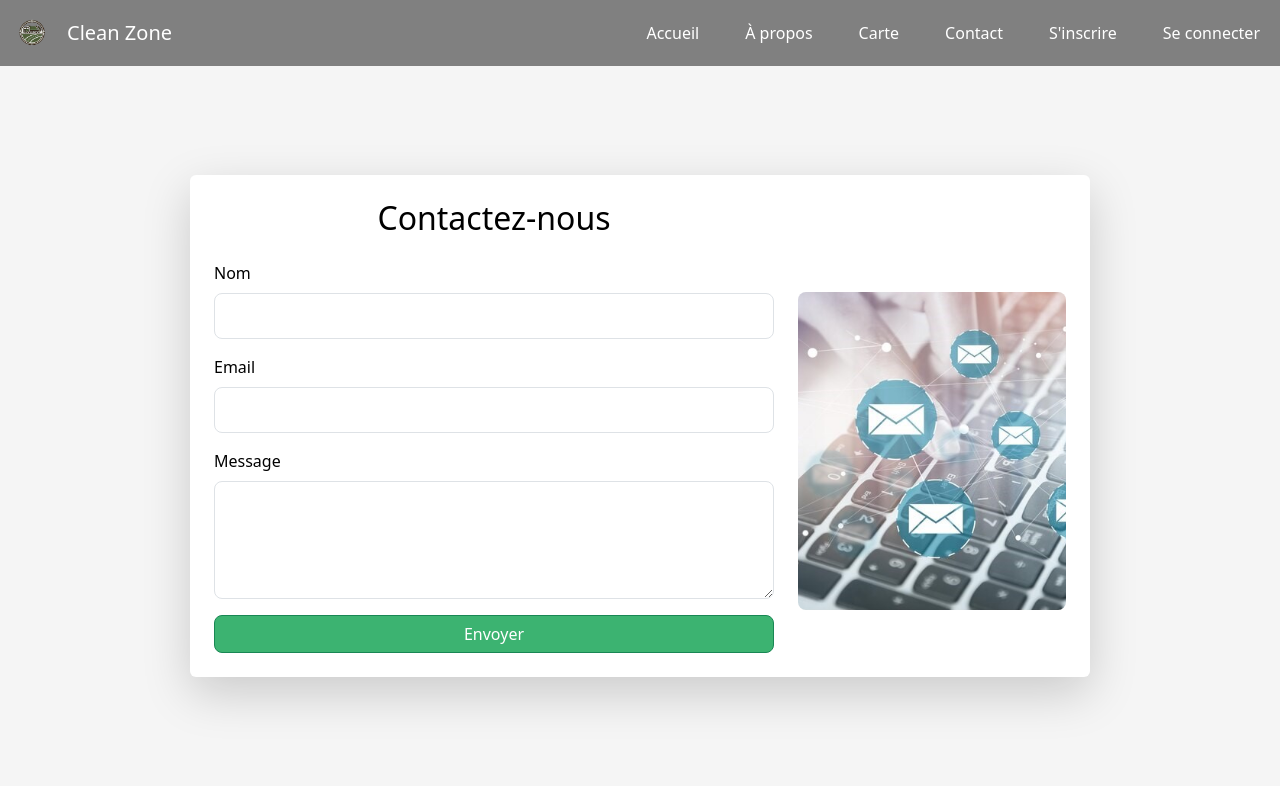
Repository: SystemInfoGeo/QGISproject
Page: /contact (app in NEXT/)
These files come from the project's save history. The page is drawn as it stood at one moment and after the next save; the edit follows.
The browser window is 1280 px wide. The pictures show the whole page.
The project was rebuilt for these pictures with package versions that can differ from the ones it lists, and the page was loaded fresh each time. The framework's server and built-in components were replaced by stand-ins that run in the browser. Also part of the build but not shown: NEXT/next.config.mjs.

Above is the page before, as saved 2024-09-16 19:08:21.

### NEXT/pages/_app.js
// pages/_app.js
import { AuthProvider } from '../context/AuthContext';
import 'bootstrap/dist/css/bootstrap.min.css'; // Import Bootstrap CSS ici

function MyApp({ Component, pageProps }) {
  return (
    <AuthProvider>
      <Component {...pageProps} />
    </AuthProvider>
  );
}

export default MyApp;

### NEXT/pages/contact.js
import { useState } from 'react';
import axios from 'axios';
import 'bootstrap/dist/css/bootstrap.min.css'; // Importer Bootstrap pour le style
import { useRouter } from 'next/router'; // Importer useRouter pour détecter la route actuelle
import Navbar from '../components/Navbar';
import '../styles/Contact.css'; // Importer le fichier CSS externe

const Contact = () => {
  const [name, setName] = useState('');
  const [email, setEmail] = useState('');
  const [message, setMessage] = useState('');
  const [loading, setLoading] = useState(false);
  const [error, setError] = useState('');
  const [success, setSuccess] = useState('');

  const router = useRouter(); // Utiliser useRouter pour obtenir la route actuelle

  const handleSubmit = async (e) => {
    e.preventDefault();
    setError('');
    setSuccess('');
    setLoading(true);

    try {
      const response = await axios.post(`http://127.0.0.1:5000/messages`, {
        name,
        email,
        message,
      });

      if (response.status === 200) {
        setSuccess('Votre message a été envoyé avec succès.');
        setName('');
        setEmail('');
        setMessage('');
      } else {
        setError('Une erreur est survenue. Veuillez réessayer.');
      }
    } catch (error) {
      setError('Erreur lors de l\'envoi du message. Veuillez vérifier votre connexion.');
    } finally {
      setLoading(false);
    }
  };

  return (
    <>
      <Navbar /> {/* Inclusion de la Navbar */}

      {/* Style personnalisé pour la page Contact */}
      <div className="contact-container d-flex justify-content-center align-items-center vh-100">
        <div className="contact-form shadow-lg p-4 rounded">
          <div className="row">
            {/* Formulaire à gauche */}
            <div className="col-md-8">
              <h2 className="mb-4 text-center">Contactez-nous</h2>
              <form onSubmit={handleSubmit}>
                <div className="mb-3">
                  <label htmlFor="name" className="form-label">Nom</label>
                  <input
                    type="text"
                    className="form-control"
                    id="name"
                    value={name}
                    onChange={(e) => setName(e.target.value)}
                    required
                  />
                </div>
                <div className="mb-3">
                  <label htmlFor="email" className="form-label">Email</label>
                  <input
                    type="email"
                    className="form-control"
                    id="email"
                    value={email}
                    onChange={(e) => setEmail(e.target.value)}
                    required
                  />
                </div>
                <div className="mb-3">
                  <label htmlFor="message" className="form-label">Message</label>
                  <textarea
                    className="form-control"
                    id="message"
                    rows={4}
                    value={message}
                    onChange={(e) => setMessage(e.target.value)}
                    required
                  ></textarea>
                </div>
                <button type="submit" className="btn btn-success w-100" disabled={loading}>
                  {loading ? 'Envoi en cours...' : 'Envoyer'}
                </button>
                {error && <p className="text-danger mt-3">{error}</p>}
                {success && <p className="text-success mt-3">{success}</p>}
              </form>
            </div>
            {/* Image à droite */}
            <div className="col-md-4 d-flex flex-column align-items-center justify-content-center">
              <img src="/images/contact-illustration.png" alt="Contact Illustration" />
            </div>
          </div>
        </div>
      </div>
    </>
  );
};

export default Contact;

### NEXT/context/AuthContext.js
import { createContext, useContext, useState, useEffect } from 'react';
import { Spinner } from 'react-bootstrap';
import jwt_decode from 'jwt-decode';

// Créez le contexte
const AuthContext = createContext();

// Créez un hook pour utiliser le contexte facilement
export const useAuth = () => useContext(AuthContext);

// Créer un fournisseur pour encapsuler l'état de connexion global
export const AuthProvider = ({ children }) => {
  const [loggedIn, setLoggedIn] = useState(false);
  const [loading, setLoading] = useState(true);  // Indicateur de chargement
  const [user, setUser] = useState(null);        // Stockage des informations utilisateur

  // Fonction pour vérifier la validité du token
  const isTokenValid = (token) => {
    try {
      const decodedToken = jwt_decode(token);  // Décodage du token JWT
      const currentTime = Date.now() / 1000;  // Temps actuel en secondes
      if (decodedToken.exp > currentTime) {
        return true;  // Le token est valide
      } else {
        console.warn("Le token a expiré.");
        return false;  // Le token est expiré
      }
    } catch (error) {
      console.error("Erreur lors du décodage du token:", error);
      return false;  // Le token est invalide
    }
  };

  // Vérification de la connexion au démarrage
  useEffect(() => {
    const token = localStorage.getItem('token');
    const userInfo = localStorage.getItem('user');

    // Vérification de la présence des données
    if (token && userInfo) {
      try {
        // Vérifier si le token est valide
        if (isTokenValid(token)) {
          setLoggedIn(true);

          // Essayer de parser les informations utilisateur
          try {
            const parsedUser = JSON.parse(userInfo);  // Charger les informations utilisateur
            setUser(parsedUser);
          } catch (error) {
            console.error("Erreur lors du parsing des informations utilisateur:", error);
            localStorage.removeItem('user');  // Supprimer les données corrompues
            setUser(null);
            setLoggedIn(false);
          }
        } else {
          // Le token est expiré ou invalide
          localStorage.removeItem('token');
          localStorage.removeItem('user');
          setLoggedIn(false);
        }
      } catch (error) {
        console.error("Erreur lors du traitement de la connexion:", error);
        setLoggedIn(false);
      }
    } else {
      // Si le token ou les infos utilisateur sont manquants
      console.warn("Aucun token ou informations utilisateur trouvés.");
      setLoggedIn(false);
    }

    setLoading(false);  // Fin du chargement
  }, []);

  // Fonction de connexion
  const login = (token, userInfo) => {
    if (token && userInfo) {
      localStorage.setItem('token', token);
      localStorage.setItem('user', JSON.stringify(userInfo));  // Enregistrer les informations utilisateur
      setUser(userInfo);
      setLoggedIn(true);
    } else {
      console.error("Le token ou les informations utilisateur sont manquants.");
    }
  };

  // Fonction de déconnexion
  const logout = () => {
    localStorage.removeItem('token');
    localStorage.removeItem('user');
    setUser(null);  // Réinitialiser les informations utilisateur
    setLoggedIn(false);
  };

  return (
    <AuthContext.Provider value={{ loggedIn, login, logout, loading, user }}>
      {loading ? <Spinner animation="border" role="status" /> : children} {/* Afficher un spinner si en chargement */}
    </AuthContext.Provider>
  );
};

### NEXT/components/Navbar.js
import Link from 'next/link';
import { useAuth } from '../context/AuthContext'; // Importer le hook useAuth
import 'bootstrap/dist/css/bootstrap.min.css';
import { useEffect, useState } from 'react';

export default function Navbar() {
  const { loggedIn } = useAuth(); // Utiliser le hook pour accéder à l'état de connexion
  const [userRole, setUserRole] = useState(null); // Stocker le rôle de l'utilisateur

  // Vérification du rôle de l'utilisateur lors du chargement de la page
  useEffect(() => {
    const role = localStorage.getItem('role'); // Récupérer le rôle depuis localStorage
    if (role) {
      setUserRole(role); // Mettre à jour le rôle de l'utilisateur dans le state
      console.log('Rôle de l’utilisateur:', role); // Afficher le rôle dans la console pour déboguer
    } else {
      console.log('Aucun rôle trouvé dans le localStorage');
    }
  }, []);

  return (
    <nav className="navbar navbar-expand-lg" style={{ backgroundColor: '#808080' }}>
      <div className="container-fluid">
        <a className="navbar-brand" href="/" style={{ color: 'white', display: 'flex', alignItems: 'center' }}>
          <img src="/images/logo.jpg" alt="Logo" style={{ width: '40px', height: '40px', marginRight: '15px' }} />
          Clean Zone
        </a>
        <button className="navbar-toggler" type="button" data-bs-toggle="collapse" data-bs-target="#navbarNav" aria-controls="navbarNav" aria-expanded="false" aria-label="Toggle navigation">
          <span className="navbar-toggler-icon"></span>
        </button>
        <div className="collapse navbar-collapse" id="navbarNav">
          <ul className="navbar-nav ms-auto">
            <li className="nav-item">
              <Link href="/" legacyBehavior>
                <a className="nav-link" style={{ color: 'white', marginRight: '30px' }}>Accueil</a>
              </Link>
            </li>

            <li className="nav-item">
              <Link href="/apropos" legacyBehavior>
                 <a className="nav-link" style={{ color: 'white', marginRight: '30px' }}>À propos</a>
              </Link>
            </li>

            <li className="nav-item">
              <Link href="/CARTE" legacyBehavior>
                <a className="nav-link" style={{ color: 'white', marginRight: '30px' }}>Carte</a>
              </Link>
            </li>
            <li className="nav-item">
              <Link href="/contact" legacyBehavior>
                <a className="nav-link" style={{ color: 'white', marginRight: '30px' }}>Contact</a>
              </Link>
            </li>

            {/* Affichage conditionnel basé sur l'état de connexion et le rôle */}
            {loggedIn ? (
              <li className="nav-item">
                {/* Si l'utilisateur est admin, rediriger vers le profil admin, sinon vers le profil utilisateur */}
                {userRole === 'admin' ? (
                  <Link href="/admin/profile" legacyBehavior>
                    <a className="nav-link" style={{ color: 'white', marginRight: '30px' }}>
                      Profil Admin
                    </a>
                  </Link>
                ) : (
                  <Link href="/user/profile" legacyBehavior>
                    <a className="nav-link" style={{ color: 'white', marginRight: '30px' }}>
                      Profil
                    </a>
                  </Link>
                )}
              </li>
            ) : (
              <>
                <li className="nav-item">
                  <Link href="/signup" legacyBehavior>
                    <a className="nav-link" style={{ color: 'white', marginRight: '30px' }}>S'inscrire</a>
                  </Link>
                </li>
                <li className="nav-item">
                  <Link href="/login" legacyBehavior>
                    <a className="nav-link" style={{ color: 'white' }}>Se connecter</a>
                  </Link>
                </li>
              </>
            )}
          </ul>
        </div>
      </div>
    </nav>
  );
}

### NEXT/styles/Contact.css
.contact-container {
    background-color: #f5f5f5;
    padding: 20px;
  }

  .contact-form {
    background-color: #ffffff; /* Blanc */
    color: #000000; /* Texte noir pour une bonne lisibilité sur fond blanc */
    max-width: 900px;
    width: 100%;
    margin: auto;
    padding: 20px; /* Ajoutez du padding si nécessaire */
    border-radius: 8px; /* Facultatif, pour garder les bords arrondis */
  }

  .contact-form .form-control {
    background-color: #ffffff;
    border-radius: 8px;
    padding: 10px;
  }

  .contact-form .btn-success {
    color: white;
    background-color: #3cb371;
    border-radius: 8px;
  }
  .contact-form img {
    width: 100%;
    height: 70%; /* L'image prendra la hauteur totale du conteneur */
    object-fit: cover;
    border-radius: 8px;
    margin-top: 50px;
  }

  .contact-form .col-md-4 {
    min-height: 400px; /* Ajustez cette valeur selon vos préférences */
  }


  /* Style pour les petites écrans (mobile) */
  @media (max-width: 768px) {
    .contact-container {
      padding: 10px;
    }

    .contact-form {
      padding: 20px;
    }

    .contact-form .row {
      flex-direction: column;
    }

    .contact-form .col-md-8,
    .contact-form .col-md-4 {
      width: 100%;
      margin-bottom: 20px;
    }

    .contact-form img {
      width: 100%;
      height: auto;
      border-radius: 8px;
    }
  }

After the next save:
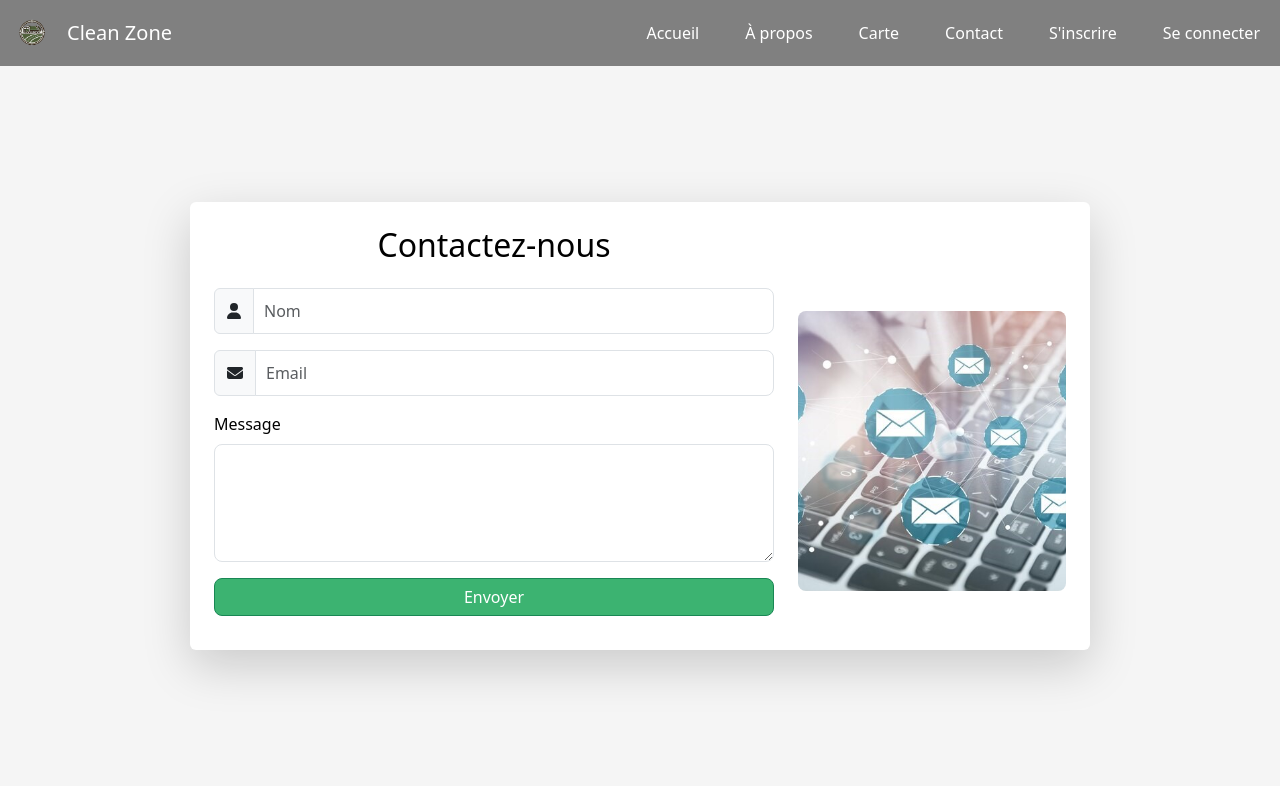
Saved 6 min 26 s later.
--- a/NEXT/pages/contact.js
+++ b/NEXT/pages/contact.js
@@ -3,6 +3,8 @@ import axios from 'axios';
 import 'bootstrap/dist/css/bootstrap.min.css'; // Importer Bootstrap pour le style
 import { useRouter } from 'next/router'; // Importer useRouter pour détecter la route actuelle
 import Navbar from '../components/Navbar';
+import { FontAwesomeIcon } from '@fortawesome/react-fontawesome';
+import { faEnvelope, faUser } from '@fortawesome/free-solid-svg-icons'; // Importer les icônes nécessaires
 import '../styles/Contact.css'; // Importer le fichier CSS externe
 
 const Contact = () => {
@@ -37,7 +39,7 @@ const Contact = () => {
         setError('Une erreur est survenue. Veuillez réessayer.');
       }
     } catch (error) {
-      setError('Erreur lors de l\'envoi du message. Veuillez vérifier votre connexion.');
+      setError("Erreur lors de l'envoi du message. Veuillez vérifier votre connexion.");
     } finally {
       setLoading(false);
     }
@@ -55,28 +57,39 @@ const Contact = () => {
             <div className="col-md-8">
               <h2 className="mb-4 text-center">Contactez-nous</h2>
               <form onSubmit={handleSubmit}>
-                <div className="mb-3">
-                  <label htmlFor="name" className="form-label">Nom</label>
+                {/* Champ Nom avec icône */}
+                <div className="mb-3 input-group">
+                  <span className="input-group-text">
+                    <FontAwesomeIcon icon={faUser} /> {/* Icône de l'utilisateur */}
+                  </span>
                   <input
                     type="text"
                     className="form-control"
                     id="name"
+                    placeholder="Nom"
                     value={name}
                     onChange={(e) => setName(e.target.value)}
                     required
                   />
                 </div>
-                <div className="mb-3">
-                  <label htmlFor="email" className="form-label">Email</label>
+
+                {/* Champ Email avec icône */}
+                <div className="mb-3 input-group">
+                  <span className="input-group-text">
+                    <FontAwesomeIcon icon={faEnvelope} /> {/* Icône de l'enveloppe */}
+                  </span>
                   <input
                     type="email"
                     className="form-control"
                     id="email"
+                    placeholder="Email"
                     value={email}
                     onChange={(e) => setEmail(e.target.value)}
                     required
                   />
                 </div>
+
+                {/* Champ Message */}
                 <div className="mb-3">
                   <label htmlFor="message" className="form-label">Message</label>
                   <textarea
@@ -95,6 +108,7 @@ const Contact = () => {
                 {success && <p className="text-success mt-3">{success}</p>}
               </form>
             </div>
+
             {/* Image à droite */}
             <div className="col-md-4 d-flex flex-column align-items-center justify-content-center">
               <img src="/images/contact-illustration.png" alt="Contact Illustration" />
